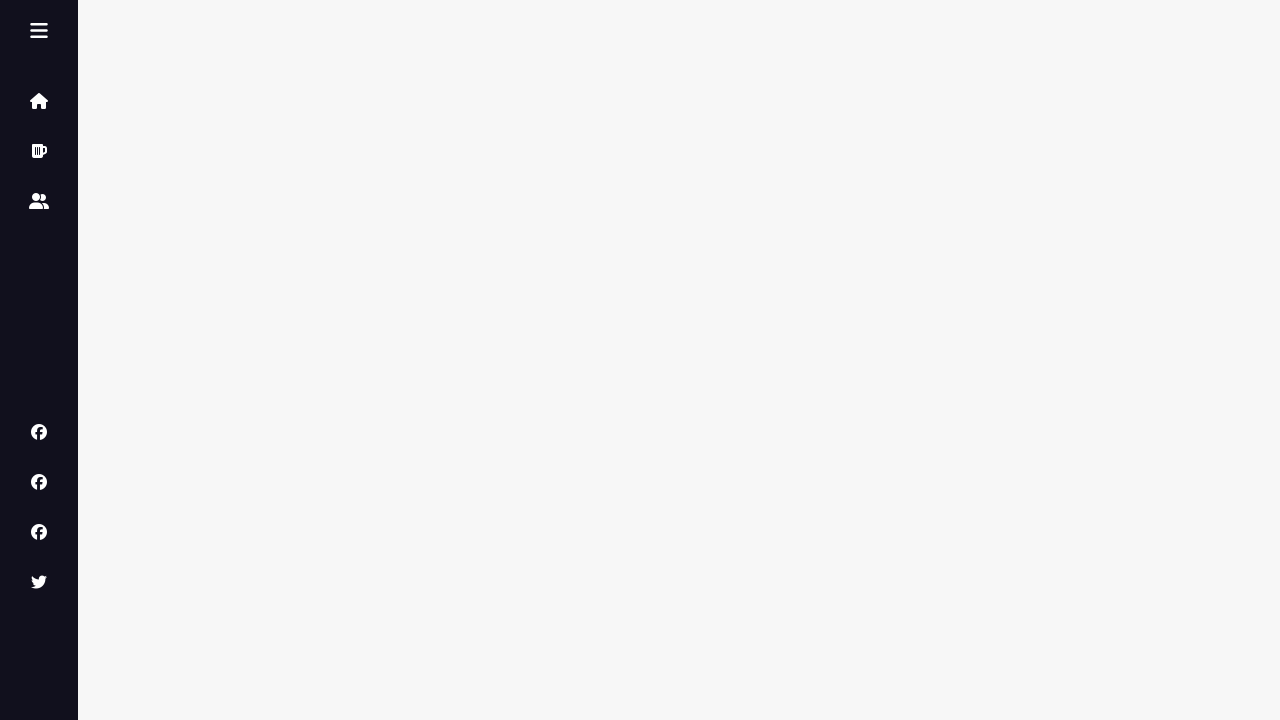
Repository: Nic98/MilkTeaWebsite
Page: mywebsite.html
These files come from the project's save history. The page is drawn as it stood at one moment and after the next save; the edit follows.
The browser window is 1280 px wide. The pictures show the whole page.
Some web libraries are served in a nearby version.

Above is the page before, as saved 2024-05-28 23:02:13.

### mywebsite.html
<!DOCTYPE html>
<html lang="en">
<head>
  <meta charset="UTF-8">
  <meta name="viewport" content="width=device-width, initial-scale=1.0">
  <link rel="stylesheet" href="mywebsite.css">
  <script src="https://kit.fontawesome.com/2dbcf482c2.js" crossorigin="anonymous"></script>
  <!-- <script src="/sidebar.js"></script> -->
  <title>ComeBuyBooze</title>

</head>
<body>

  <!-- sidebar implementation -->
  <div class="sidebar workspace--flexchild1">
    <div class="logo_content">
        <div class="logo">
            <dive class="logo_name"> ComeBuyBooze </dive>
            <i class="fas fa-bars" id="btn"></i>
        </div>
    </div>

    <ul class="nav_list">
        <li>
            <a href="#">
                <i class="fas fa-home"></i>
                <span class="links_name">ComeBack</span>
            </a>
            <span class = "tooltip">ComeBack</span>
        </li>

        <li>
            <a href="#">
              <i class="fa-solid fa-beer-mug-empty"></i>
                <span class="links_name">Boozz</span>
            </a>
            <span class = "tooltip">Boozz</span>
        </li>

        <li>
          <a href="#">
              <i class="fas fa-user-friends"></i>
              <span class="links_name">Contact us</span>
          </a>
          <span class = "tooltip">Contacts us</span>
      </li>
    </ul>

    <ul class="contact_list">
      <li>
        <a href="#">
          <i class="fa-brands fa-facebook"></i>
        </a>
      </li>
      <li>
        <a href="#">
          <i class="fa-brands fa-facebook"></i>
        </a>
      </li>
      <li>
        <a href="#">
          <i class="fa-brands fa-facebook"></i>
        </a>
      </li>
      <li>
        <a href="#">
          <i class="fa-brands fa-twitter"></i>
        </a>
      </li>
    </ul>



</div>














  <script>
    let btn = document.querySelector("#btn");
    let sidebar = document.querySelector(".sidebar");

    btn.onclick = function() {
        sidebar.classList.toggle("active");
    }
  </script>
</body>
</html>

### mywebsite.css
@import url('https://fonts.googleapis.com/css2?family=Poppins:wght@200;300;400;500;600;700&display=swap');

body{
    margin: 0;
    font-family: "Poppins", sans-serif;
}

.flexbox{
    display: flex;
}

.columnflex{
    display: flex;
    flex-direction: column;
    justify-content: center;
}

#btn{
    cursor: pointer;
}

.btn--line{
    border: solid;
    border-width: 1px;
    color: white;
    background: none;
    border-radius: 50px;
    padding: 10px;
    padding-left: 20px;
    padding-right:20px;
    font-size: 18px;
    cursor: pointer;
}

.btn--solid{
    border: solid;
    border-width: 1px;
    border-radius: 50px;
    padding: 10px;
    padding-left: 20px;
    padding-right: 20px;
    font-size: 18px;
    cursor: pointer;
}

.btn--noborder{
    border: none;
    background: none;
}

.font--title{
    font-size: 30px;
}

.font--bold{
    font-weight: bolder;
}

.font--largrsize{
    font-size: 18px;
}

.login--input{
    border: solid 1px gray;
    font-size: 14px;
    padding: 8px;
    padding-left: 14px;
    width: 100%;
    border-radius: 50px;
    margin-top: 20px;
    box-sizing: border-box;
    box-shadow: 1px 1px 1px gray;
}

.btn--solid>*{
    text-decoration: none;
    color: white;
}

.btn--solid>*:hover{
    color: white;
    transition-duration: 0.5s;
}

:root{
  --lightgray: #F7F7F7;
  --darkblue: #032444;
}

*{
  margin:0;
  padding:0;
  box-sizing: border-box;
}

body {
  background-color: #F7F7F7;
  position: relative;
  min-height: 100vh;
  width: 100%;
  overflow:hidden;
}

/* sidebar */

.nav_list {
  padding-inline-start: 0%;
  list-style-type: none;
}

.sidebar {
  height:100%;
  position:absolute;
  top:0;
  left:0;
  width:78px;
  background-color: #11101d;
  padding:6px 14px;
  transition: all 0.5s ease;
}

.sidebar.active{
  width:240px;
}

.sidebar .logo_content .logo {
  color: #fff;
  display: flex;
  height: 50px;
  width: 100%;
  align-items: center;
  transition: all 0.5s ease;

}

.logo_content .logo i {
  font-size: 28px;
  margin-right: 5px;
}

.logo_content .logo .logo_name {
  font-size: 20px;
  font-weight: 400;
}

.sidebar #btn {
  color: #fff;
  position:absolute;
  left: 50%;
  top:6px;
  font-size: 20px;
  height:50px;
  width:50px;
  text-align: center;
  line-height: 50px;
  transform: translateX(-50%);
}

.sidebar.active #btn{
  left: 90%;
}

.sidebar ul {
  margin-top: 20px;

}
.sidebar ul li {
  list-style: none;
  height: 50px;
  width:100%;
  position:relative;
  margin: 0 0px;
  line-height: 50px;
}

.sidebar ul li .tooltip{
  position: absolute;
  left:122px;
  top:10%;
  transform: translate(-50%, -50%);
  text-align: center;
  border-radius: 6px;
  height:35px;
  width:122px;
  background: #fff;
  line-height: 35px;
  box-shadow: 0 5px 10px rgba(0,0,0,0.2);
  transition:0s;
  opacity: 0;
  pointer-events: none;
  z-index: 3000 !important;
}

.sidebar.active ul li .tooltip {
  display:none;
}

.sidebar ul li:hover .tooltip{
  transition: all 0.5s ease;
  opacity: 1;
  top:50%;
  z-index: 3;
}

.sidebar .nav_list li a {
  color: #fff;
  display: flex;
  align-items: center;
  text-decoration: none;
  transition: all 0.4s ease;
  border-radius: 6px;
  height:100%;
  white-space: nowrap;
}

.sidebar .nav_list li a:hover {
  color: #11101d;
  background: #fff;
  padding: 5px;
}

.sidebar .nav_list li i {
  height:50px;
  min-width: 50px;
  border-radius: 12px;
  line-height: 50px;
  text-align: center;
}

.sidebar .links_name{
  opacity: 0;
  pointer-events: none;
  transition: all 0.5s ease;
}

.sidebar.active .links_name {
  opacity: 1;
  pointer-events: auto;
}

.sidebar .logo_name {
  opacity: 0;
  pointer-events: none;
}

.sidebar.active .logo_name {
  opacity: 1;
  pointer-events: auto;
}

/* contact list */

/* .contact_list .links_name{
  opacity: 0;
  pointer-events: none;
  transition: all 0.5s ease;
}

.contact_list.active .links_name {
  opacity: 1;
  pointer-events: auto;
} */

.contact_list {
  padding-top: 250%;
  position: relative;
  top: 30px;
  padding-inline-start: 0%;
  list-style-type: none;
}

.contact_list li i {
  height:50px;
  min-width: 50px;
  line-height: 50px;
  border-radius: 12px;
  text-align: center;
}

.contact_list li a:hover {
  color: #11101d;
  background: #fff;
  /* padding-left:12px; */
}

.contact_list li a {
  color: #fff;
  position: relative;
  display:inline;
  width: 60px;
  height: 60px;
  text-align: center;
  line-height: 63px;
  border-radius: 50%;
  transition: all 0.4s ease;
  white-space: nowrap;
}

.sidebar.active .contact_list li i {
  height:50px;
  min-width: 50px;
  border-radius: 12px;
  line-height: 50px;
  text-align: center;
}

.sidebar.active .contact_list li a:hover {
  color: #11101d;
  background: #fff;
}









































/* .home_content {

  position: absolute;
  height: 100%;
  width: calc(100% - 78px);
  left:78px;
  transition: all 0.5s ease;

}

.home_content .text {
  font-size: 25px;
  font-weight: 500;
  color: #1d1b31;
  margin:12px;
}

.sidebar.active ~ .home_content {
  width: calc(100% - 240px);
  left:240px
} */



/* header

.workspaceheader--container{
  width: 100%;
  height: 50px;
  background-color: white;
  justify-content: space-between;
  padding-left: 18px;
  padding-right: 18px;
  box-shadow: 3px 3px 3px lightgray;



}

.searchbar--container{
  height: inherit;
  width: 40%;
  flex-direction: column;
  justify-content:center;
}

.searchbar--container>*{
  margin: 0;
}

.seachbar{
  max-width: 400px;
  padding: 4px;
  padding-left: 18px;
  box-shadow: none;
  border: solid 1px var(--lightgray);
  background: #FBFBFB;
}

.settingbar--container>*+*{
  margin-left: 16px;
}

.profilepic{
  height: 44px;
  width: 44px;
  border: solid 1px lightgray;
  border-radius: 50%;

}

.fa-moon, .fa-cog, .fa-bell{
  font-size: large;
}

.font--headerrole{
  font-size: small;

}

.headerName{
  margin-left: 22px;
}

.headerrole--container{
  flex-direction: row-reverse;
  justify-content: center;
}

.headerrole--container>*{
  margin: 0 !important;
  color: black;
}

.content-container{

  max-height: 100%;
  padding: 20px;

  width: 100%;
  overflow-y: scroll !important;

}

.content-container>*{
  z-index: 0;
} */

After the next save:
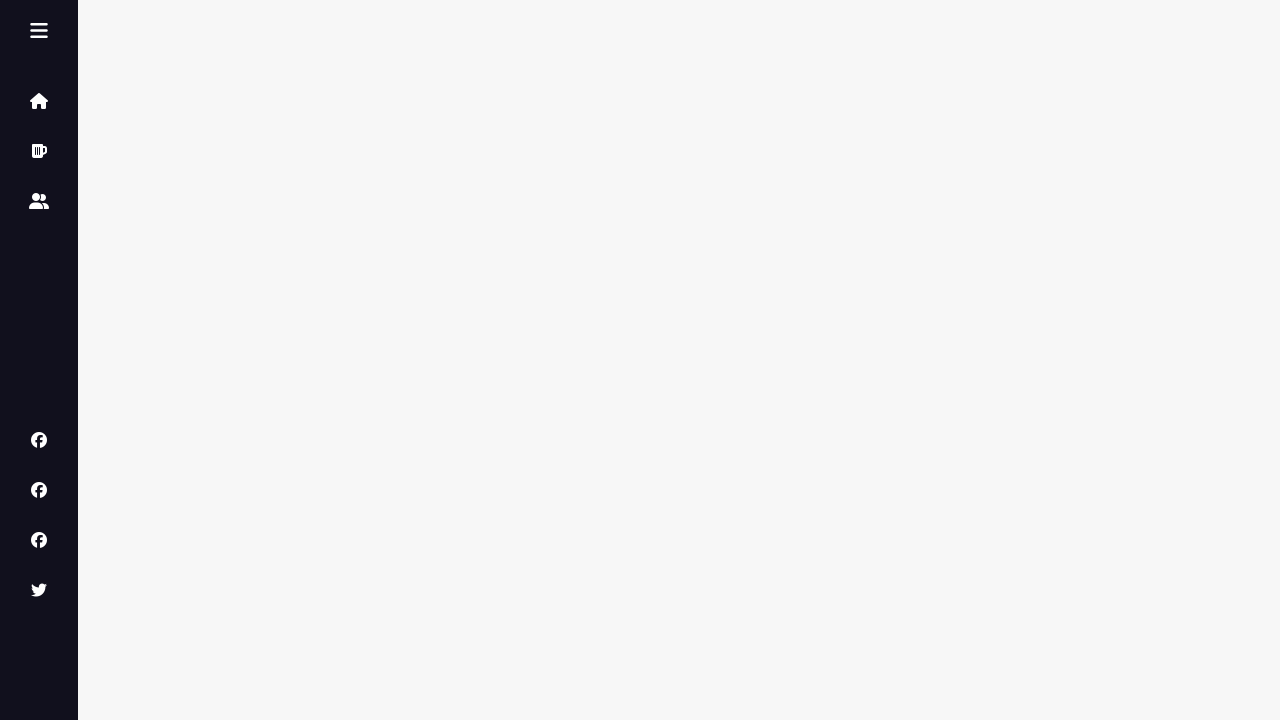
Saved 2 min 23 s later.
--- a/mywebsite.css
+++ b/mywebsite.css
@@ -290,7 +290,7 @@ body {
   width: 60px;
   height: 60px;
   text-align: center;
-  line-height: 63px;
+  line-height: 80px;
   border-radius: 50%;
   transition: all 0.4s ease;
   white-space: nowrap;
